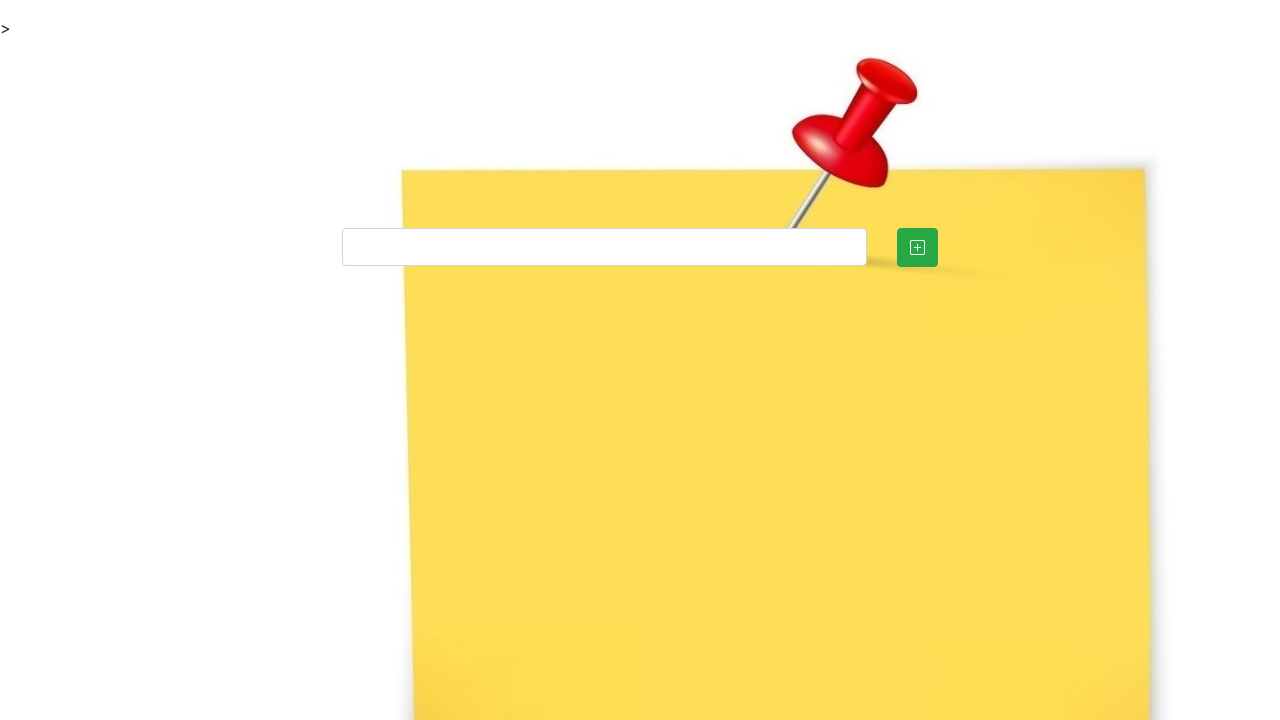
Repository: walaaElbasha/Todo-list-laravel
Page: http://localhost/tasks
The author's editor kept a copy of each file at every save. The page is drawn from the files as they stood at one save, then again after the next save.
The browser window is 1280 px wide. The pictures show the whole page.
The page is served by the project's Laravel application, run on PHP 8.4 with Laravel 8. Other server files are loaded and not shown. Style sheets and scripts are compiled from the project's sources, by tool versions that may differ from the author's. Queries for data that is not in the repository find no rows.

Above is the page before, as saved 2021-07-01 18:16:33.

### routes/web.php
<?php

use Illuminate\Support\Facades\Route;
use App\Http\Controllers\TaskController;
/*
|--------------------------------------------------------------------------
| Web Routes
|--------------------------------------------------------------------------
|
| Here is where you can register web routes for your application. These
| routes are loaded by the RouteServiceProvider within a group which
| contains the "web" middleware group. Now create something great!
|
*/

Route::get('/', function () {
    return view('welcome');
});

Route::get('/tasks', [TaskController::class, 'index'])->name('tasks.index');
Route::post('/tasks', [TaskController::class, 'store'])->name('tasks.store');
Route::get('/tasks/{task}/edit', [TaskController::class, 'edit'])->name('tasks.edit');
Route::put('/tasks/{task}', [TaskController::class, 'update'])->name('tasks.update');
Route::delete('/tasks/{task}', [TaskController::class, 'destroy'])->name('tasks.destroy');

Route::get('/register',[RegistrationController::class, 'destroy'])->name('registration.create');
Route::get('/register', [RegistrationController::class, 'destroy'])->name('registration.store');
// Route::get('/login', [SessionsControlle::class, 'destroy'])->name('registration.create');
// Route::get('/login', [SessionsControlle::class, 'destroy'])->name('registration.store');
// Route::get('/logout',[SessionsControlle::class, 'destroy'])->name('registration.destroy');



// 'RegistrationController@create');
// Route::post('register', 'RegistrationController@store');

// Route::get('/login', 'SessionsController@create');
// Route::post('/login', 'SessionsController@store');
// Route::get('/logout', 'SessionsController@destroy');

### app/Http/Controllers/TaskController.php
<?php

namespace App\Http\Controllers;
use Illuminate\Http\Request;
use App\Http\Requests\TaskRequest;
use App\Models\Task;
use Illuminate\Support\Facades\Auth;


class TaskController extends Controller

{
    public function index()
    {
        $allTasks = Task::paginate(4);
        //find by user id
        return view('tasks.index', [
            'allTasks' => $allTasks
        ]);
    }

    public function edit($taskId)
    {
        $task = Task::find($taskId);
        return view('tasks.edit', [
            'task' => $task,
        ]);
    }
    public function update($taskId, TaskRequest $request)
    {
        // $requestData = $request->all();
        // $task = Task::find($taskId);
        // $task->update($requestData);
        // $task->save();
        $requestData = $request->all();
        $task = Task::find($taskId);
        $task->update($requestData);
        $task->save();
        return redirect()->route('tasks.index')->with('success', "TODO updated successfully!");
    }

    public function destroy($taskId)
    {

        $task = Task::findorfail($taskId);

        $task->delete();
        return redirect()->route('tasks.index');
    }



    public function store(TaskRequest $request)
    {

        // $requestData = $request->all();
        // Task::create($requestData);

       // $userId =Auth::id();
        $task = new Task;
        $task->name = $request->name;
       // $task->user_id= $userId;

        $task->
        $task->save();

        return redirect()->route('tasks.index');
    }

}

### app/Models/Task.php
<?php

namespace App\Models;

use Illuminate\Database\Eloquent\Factories\HasFactory;
use Illuminate\Database\Eloquent\Model;

class Task extends Model
{
    use HasFactory;
    protected $fillable = ['name'];
}

### resources/views/tasks/index.blade.php
@extends('layouts.app')

@section('content')

<!-- Bootstrap Boilerplate... -->


@if($errors->any())
<div class="alert alert-danger w-25">
    <ul>
        @foreach ($errors->all() as $error)
        <li>{{ $error }}</li>
        @endforeach
    </ul>
</div>
@endif

<body style="background-image: url('sticky.jpg')  ; background-repeat: no-repeat;
  background-size: 1400px 950px;">>

    <div class="container">

        <!-- Display Validation Errors -->

        <div style="margin-top:172px; margin-left:200px">
            <table>
                <ul>
                    @foreach($allTasks as $task)


                    <tr>
                        <td style="width:590px">
                            <div style="display:flex">
                                <!-- <div style="justify-content:flex-start"> -->
                                <li>
                                    {{ $task->name}}

                                </li>
                        </td>
                        <td>
                            <!-- </div> -->
                            <div style="justify-content:flex-end">

                                <a href="{{ route('tasks.edit',['task' => $task['id']]) }}" class="btn btn-secondary mt-4"><i class="bi bi-pencil-square"></i>


                                </a>

                                <form style="display:inline" method="POST" action="{{route('tasks.destroy',['task' => $task['id']])}}">
                                    @csrf
                                    @method('DELETE')
                                    <button onclick="return confirm('Are you sure?')" class="btn btn-danger mt-4" type="submit"><i class="bi bi-trash-fill"></i></button>
                                </form>
                            </div>
        </div>
        <br>
        </td>

        </tr>


        @endforeach
        </ul>
        </table>
        <!-- New Task Form -->
    </div>
    <form action="{{ route('tasks.store') }}" method="POST" class="form-horizontal">
        @csrf

        <!-- Task Name -->
        <div class="form-group">
            <div class="text-center" style="display:flex; justify-content:center; align-items:center">
                {{$allTasks->links("pagination::bootstrap-4")}}

            </div>

            <div style="display:flex; justify-content:center; align-items:center">
                <div class="col-sm-6">
                    <input type="text" name="name" id="name" class="form-control">
                </div>

                <div class="form-group">
                    <div class="col-sm-offset-3 col-sm-6">
                        <button type="submit" class="btn btn-success mt-3">
                            <span style="font-size:15px"><i class="bi bi-plus-square"></i> </span>
                        </button>
                    </div>
                </div>
            </div>
        </div>
    </form>
    </div>
</body>


<!-- TODO: Current Tasks -->
@endsection

### resources/views/layouts/app.blade.php
<!DOCTYPE html>
<html lang="en">

<head>
    <meta charset="utf-8">
    <meta name="viewport" content="width=device-width, initial-scale=1">

    <!-- CSRF Token -->
    <meta name="csrf-token" content="{{ csrf_token() }}">

    <title>{{ config('app.name', 'All Tasks') }}</title>

    <!-- Scripts -->
    <script src="{{ asset('js/app.js') }}" defer></script>

    <!-- Fonts -->
    <link rel="dns-prefetch" href="//fonts.gstatic.com">
    <link href="https://fonts.googleapis.com/css?family=Nunito" rel="stylesheet">

    <!-- Styles -->
    <link href="{{ asset('css/app.css') }}" rel="stylesheet">
    <link rel="stylesheet" href="https://cdn.jsdelivr.net/npm/bootstrap@4.6.0/dist/css/bootstrap.min.css" integrity="sha384-B0vP5xmATw1+K9KRQjQERJvTumQW0nPEzvF6L/Z6nronJ3oUOFUFpCjEUQouq2+l" crossorigin="anonymous">
    <link rel="stylesheet" href="path/to/font-awesome/css/font-awesome.min.css">
    <link rel="stylesheet" href="https://cdn.jsdelivr.net/npm/bootstrap-icons@1.5.0/font/bootstrap-icons.css">
</head>


<body style="background-image: url('sticky.jpg')  ; background-repeat: no-repeat;
  background-size: 1400px 950px;">
    <div class="container">
        <nav class="navbar navbar-default">
            <!-- Navbar Contents -->
        </nav>
    </div>

    @yield('content')

</body>

</html>

Loaded but not shown: app/Http/Controllers/Controller.php (common file); resources/sass/app.scss (common file); resources/sass/_variables.scss (common file)

After the next save:
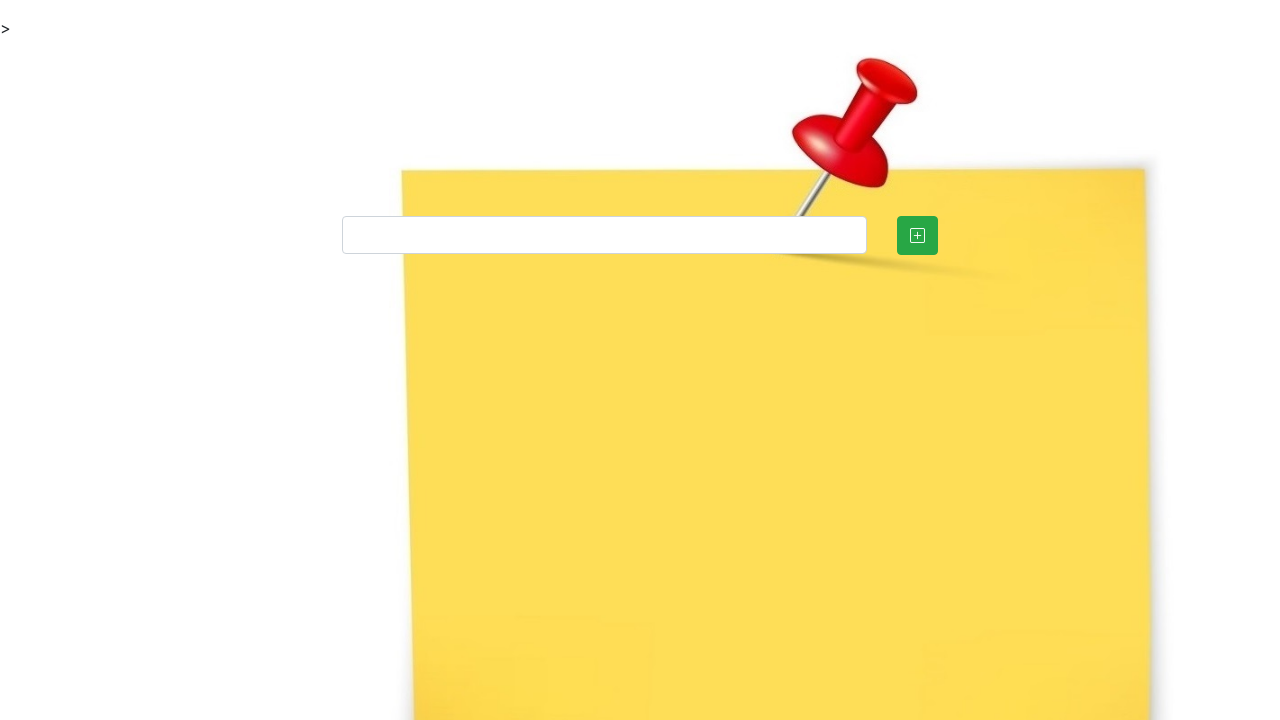
Saved 36 s later.
--- a/resources/views/tasks/index.blade.php
+++ b/resources/views/tasks/index.blade.php
@@ -22,7 +22,7 @@
 
         <!-- Display Validation Errors -->
 
-        <div style="margin-top:172px; margin-left:200px">
+        <div style="margin-top:160px; margin-left:210px">
             <table>
                 <ul>
                     @foreach($allTasks as $task)
